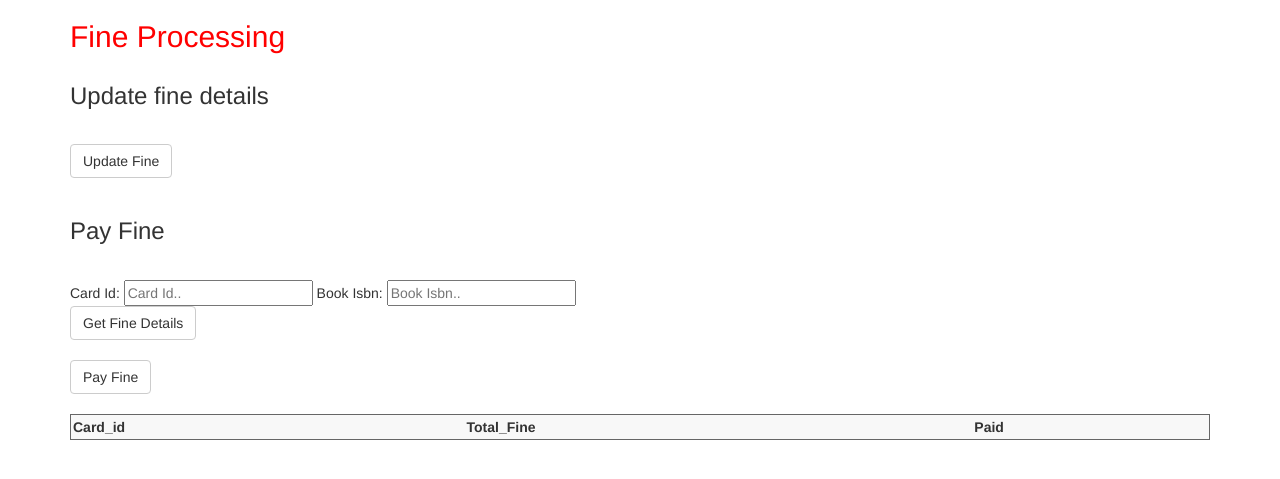
Repository: ApurvaMithal/LibraryManagementSystem
Page: http://localhost/LibraryManagementSystem/Fines.jsp
The author's editor kept a copy of each file at every save. The page is drawn from the files as they stood at one save, then again after the next save.
The browser window is 1280 px wide. The pictures show the whole page.
Some web fonts or font styles are not loaded; a fallback is used. The page is served by Tomcat 9.

Above is the page before, as saved 2018-03-01 04:10:58.

After the next save:
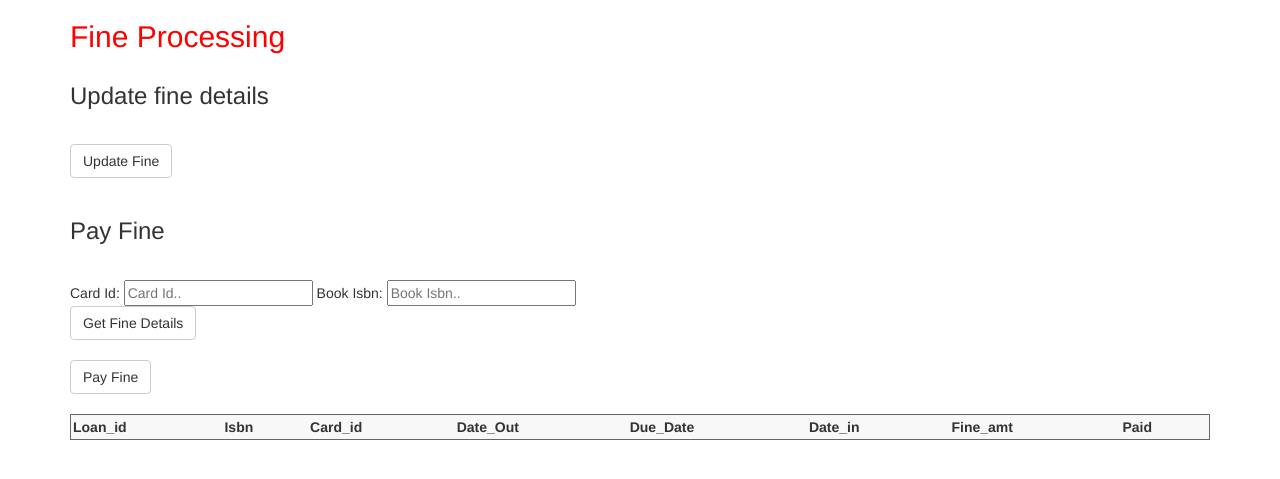
Saved 7 min 35 s later.
--- a/eclipse/LibraryManagementSystem/WebContent/Fines.jsp
+++ b/eclipse/LibraryManagementSystem/WebContent/Fines.jsp
@@ -54,7 +54,7 @@
                         var cardID = $('#cardId').val();
                         var isbn = $('#isbn').val();
                         jQuery.ajax({
-                            url: "FinePaymentServlet",
+                            url: "GetFineServlet",
                             type: "get",
                             dataType: "json",
                             data: {
@@ -64,14 +64,10 @@
                             },
                             success: function(data) {
                                 // since we are using jQuery, you don't need to parse response
-                                if(data[0].flag == 1){
-                                    alert("Successful Payment");
 
                                 drawTable(data);
-                               }
-                                else
-                                    alert("Cannot pay till book is not checked in");
-                            }
+
+                                 }
                         });
 
                     });
@@ -86,8 +82,13 @@
                     function drawRow(rowData) {
                         var row = $("<tr />");
                         $("#fineDetails").append(row); //this will append tr element to table... keep its reference for a while since we will add cels into it
+                        row.append($("<td>" + rowData.loan_id + "</td>"));
+                        row.append($("<td>" + rowData.isbn+ "</td>"));
                         row.append($("<td>" + rowData.card_id + "</td>"));
-                        row.append($("<td>" + rowData.Total_Fine + "</td>"));
+                        row.append($("<td>" + rowData.date_out + "</td>"));
+                        row.append($("<td>" + rowData.due_date + "</td>"));
+                        row.append($("<td>" + rowData.date_in + "</td>"));
+                        row.append($("<td>" + rowData.fine_amt + "</td>"));
                         row.append($("<td>" + rowData.paid + "</td>"));
 
                     }
@@ -125,8 +126,13 @@
 
             <table id="fineDetails">
             <tr>
+                <th>Loan_id</th>
+                <th>Isbn</th>
                 <th>Card_id</th>
-                <th>Total_Fine</th>
+                <th>Date_Out</th>
+                <th>Due_Date</th>
+                <th>Date_in</th>
+                <th>Fine_amt</th>
                 <th>Paid</th>
             </tr>
 
